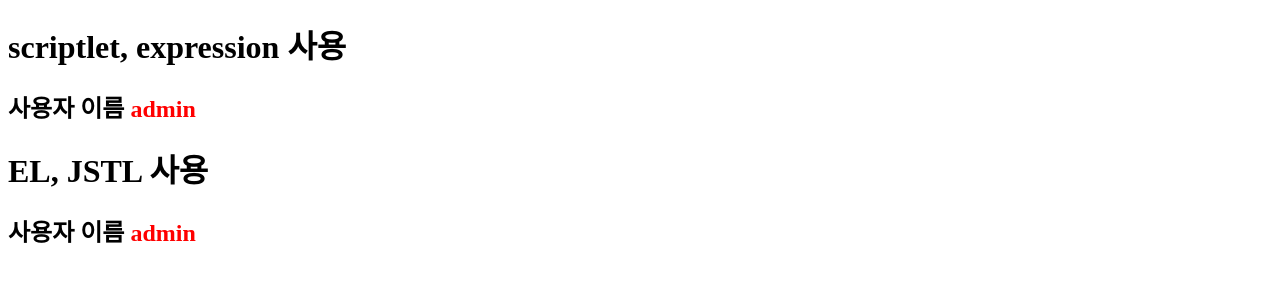
Repository: ljh5973/labweb
Page: http://localhost/JSP04/02_result_if.jsp?color=r&userName=admin
The author's editor kept a copy of each file at every save. The page is drawn from the files as they stood at one save, then again after the next save.
The browser window is 1280 px wide. The pictures show the whole page.
The page is served by Tomcat 9. Other server files are loaded and not shown.

Above is the page before, as saved 2022-01-11 03:13:20.

### JSP04/webapp/02_result_if.jsp
<%@ page language="java" contentType="text/html; charset=UTF-8"
    pageEncoding="UTF-8"%>
<%@ page trimDirectiveWhitespaces="true"%>
<%@ taglib  prefix="c" uri="http://java.sun.com/jsp/jstl/core"%>
<%
request.setCharacterEncoding("UTF-8");	//(한글 처리를 위해서)  POST 방식에서만 필요

String userName= request.getParameter("userName");

String color= request.getParameter("color");  // 요청 파라미터 color의 값을 읽음
String colorValue="";
if(color.equals("r")){
	colorValue="red";
}else if(color.equals("g")){
	colorValue="green";
}else if(color.equals("b")){
	colorValue="blue";
}else{
	colorValue="black";
}
%>
<%-- JSTL 태그를 사용한 Java if문 대체 --%>

<c:set var="colorValue2" value="black"></c:set> <%-- 요청 파라미터에 color가 없을 때 사용할 기본 값 --%>
<c:if test="${param.color =='r'}">
	<c:set var="colorValue2" value="red"></c:set>
</c:if>
<c:if test="${param.color =='b'}">
	<c:set var="colorValue2" value="blue"></c:set>
</c:if>
<c:if test="${param.color =='g'}">
	<c:set var="colorValue2" value="green"></c:set>
</c:if>

<!DOCTYPE html>
<html>
	<head>
		<meta charset="UTF-8">
		<title>JSTL</title>
		<style>
		span{
			color:<%=colorValue%>;
		}
		</style>

	</head>
	<body>
	<h1>scriptlet, expression 사용</h1>

	<h2>사용자 이름 <span><%=userName %></span></h2>


	<h1>EL, JSTL 사용</h1>
	<h2>사용자 이름 <span>${param.userName }</span></h2>
	</body>
</html>

After the next save:
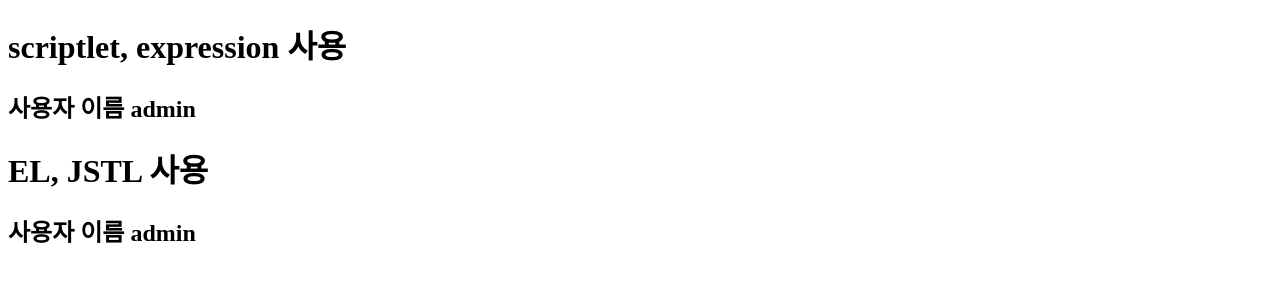
Saved 35 s later.
--- a/JSP04/webapp/02_result_if.jsp
+++ b/JSP04/webapp/02_result_if.jsp
@@ -39,7 +39,7 @@
 		<title>JSTL</title>
 		<style>
 		span{
-			color:<%=colorValue%>;
+			color:/*<%=colorValue%>;*/
 		}
 		</style>
 

After the save that followed:
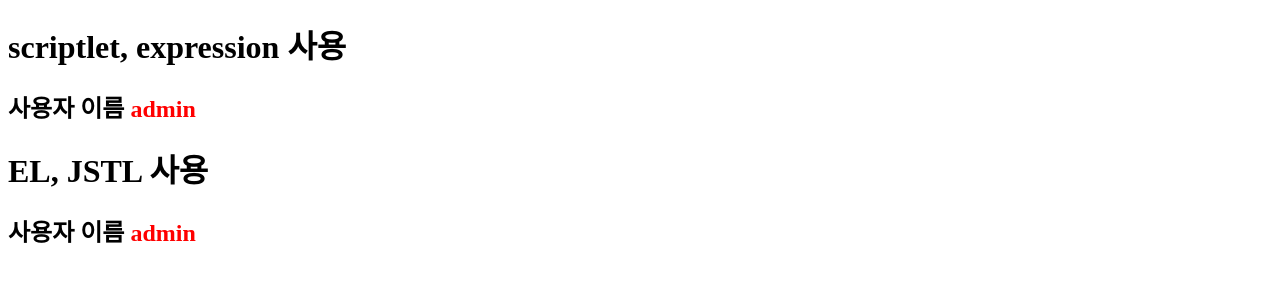
Saved 11 s later.
--- a/JSP04/webapp/02_result_if.jsp
+++ b/JSP04/webapp/02_result_if.jsp
@@ -39,7 +39,8 @@
 		<title>JSTL</title>
 		<style>
 		span{
-			color:/*<%=colorValue%>;*/
+			color:${colorValue2}; /*<%=colorValue%>;*/
+
 		}
 		</style>
 
